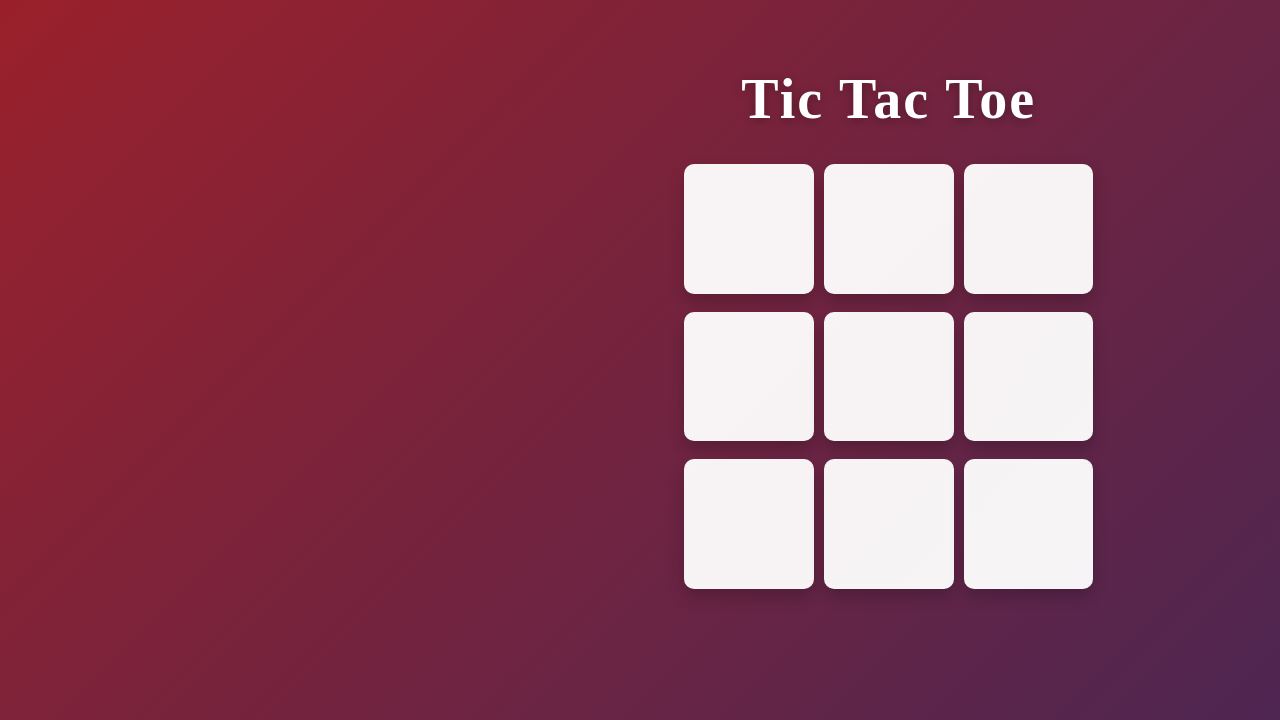
Repository: AreezAnsari/Tic-Tac-Toe
Page: Game/Game.html
These files come from the project's save history. The page is drawn as it stood at one moment and after the next save; the edit follows.
The browser window is 1280 px wide. The pictures show the whole page.

Above is the page before, as saved 2025-07-22 07:11:16.
Console error: TypeError: box.addEventListener is not a function

After the next save:
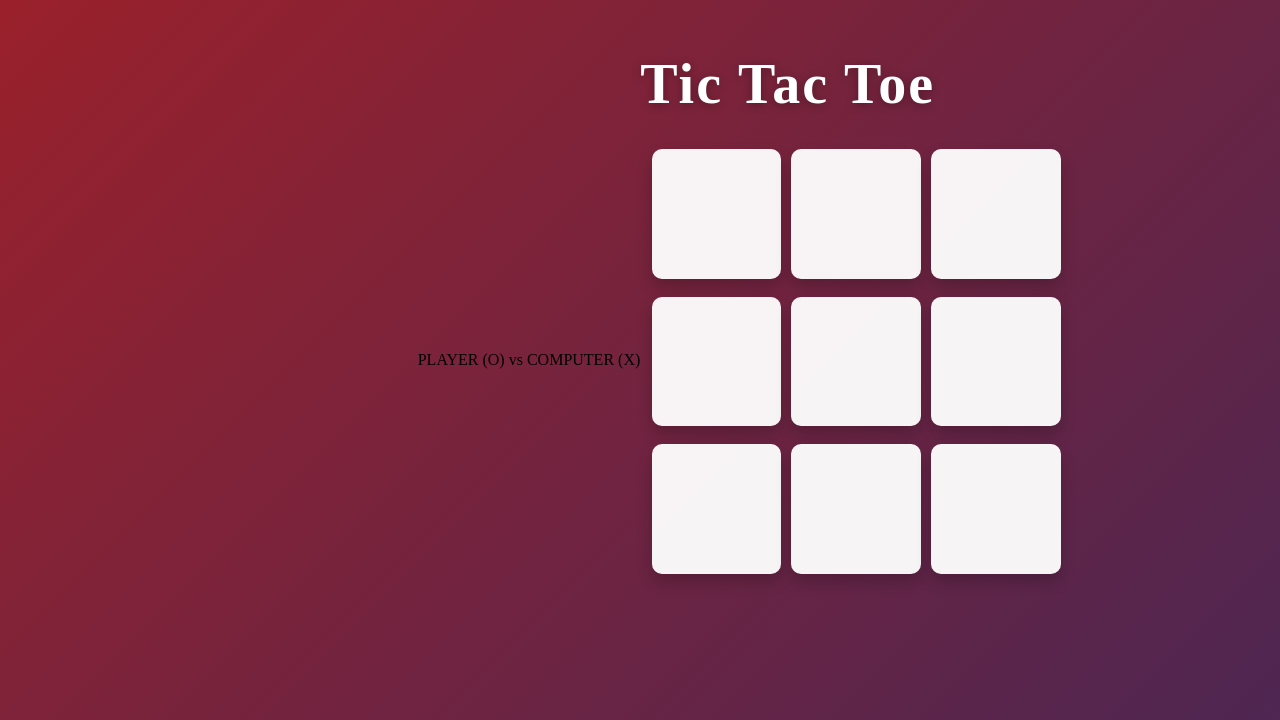
Saved 9 s later.
--- a/Game/Game.html
+++ b/Game/Game.html
@@ -7,17 +7,19 @@
     <link rel="stylesheet" href="Game.css">
 </head>
 <body>
-  <!-- Winner message container at the very top -->
-  <div class="msg-container hide">
-    <p class="msg">🎉 Congratulations! Player X Wins</p>
-    <button class="new-btn">New Game</button>
-  </div>
 
-  <main>
+    <div class="msg-container hide">
+        <p class="msg">Winner</p>
+        <button class="new-btn">New Game</button>
+    </div>
+    <div class="vs-info">
+    <span class="player">PLAYER (O)</span> vs
+    <span class="computer">COMPUTER (X)</span>
+</div>
+    <main>
+        <h1>Tic Tac Toe</h1>
     <div class="container">
-      <h1>Tic Tac Toe</h1>
-
-      <div class="game">
+        <div class="game">
         <button class="box"></button>
         <button class="box"></button>
         <button class="box"></button>
@@ -27,13 +29,10 @@
         <button class="box"></button>
         <button class="box"></button>
         <button class="box"></button>
-      </div>
-
-      <button class="reset-btn hide">Reset</button>
-    </div>
-  </main>
-
-  <script src="Game.js"></script>
+        </div>
+        </div>
+        <button class="reset-btn hide">Reset</button>
+    </main>
+    <script src="Game.js"></script>
 </body>
-
 </html>
